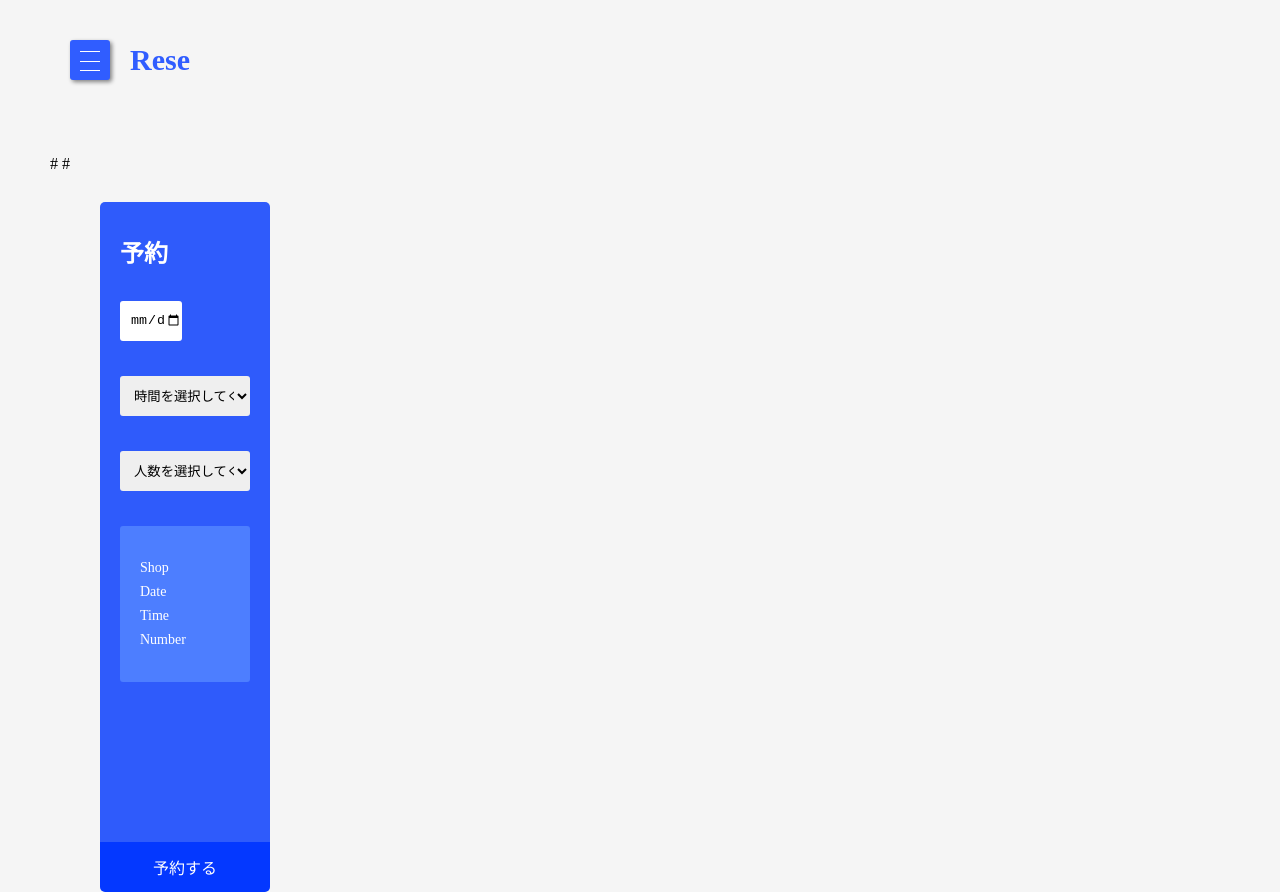
Repository: Haruka-Wada/Rese
Page: src/resources/views/shop_detail.blade.php
The author's editor kept a copy of each file at every save. The page is drawn from the files as they stood at one save, then again after a run of saves.
The browser window is 1280 px wide. The pictures show the whole page.
The page is served by the project's Laravel application, run on PHP 8.4 with Laravel 8. Other server files are loaded and not shown. The template is opened directly, without the code that normally fills it, so the values that code supplies are empty.

Above is the page before, as saved 2024-11-19 14:59:52.

### src/routes/web.php
<?php

use App\Http\Controllers\ReseController;
use Illuminate\Database\Console\Migrations\ResetCommand;
use Illuminate\Support\Facades\Route;
use SebastianBergmann\GlobalState\Restorer;

/*
|--------------------------------------------------------------------------
| Web Routes
|--------------------------------------------------------------------------
|
| Here is where you can register web routes for your application. These
| routes are loaded by the RouteServiceProvider within a group which
| contains the "web" middleware group. Now create something great!
|
*/

Route::get('/', [ReseController::class, 'index']);
Route::get('/detail/{shop_id?}', [ReseController::class, 'detail']);
Route::get('/search', [ReseController::class, 'search']);

Route::middleware(['verified'])->group(function(){
    Route::middleware('auth')->group(function () {
        Route::get('/thanks', [ReseController::class, 'thanks']);
        Route::get('/mypage', [ReseController::class, 'myPage']);
        Route::post('/favorite', [ReseController::class, 'favorite']);
        Route::post('/reservation', [ReseController::class, 'reservation']);
        Route::get('/done', [ReseController::class, 'done']);
        Route::delete('/delete',[ReseController::class, 'reservationDelete']);
        Route::get('/edit', [ReseController::class, 'reservationEdit']);
        Route::patch('/edit/update', [ReseController::class, 'reservationUpdate']);
    });
});

### src/resources/views/shop_detail.blade.php
@extends('layouts/app')

@section('css')
<link rel="stylesheet" href="{{ asset('css/shop_detail.css') }}">
@endsection

@section('main')
<div class="main__container">
    <div class="shop__container">
        <div class="shop__name-area">
            <button onclick="location.href='/'">&lt;</button>
            <h2>{{ $shop->name }}</h2>
        </div>
        <div class="shop__img">
            <img src="{{ $shop->image}}" alt="">
        </div>
        <div class="shop__tag">
            <span>#{{ $shop->area->name }}</span>
            <span>#{{ $shop->genre->name }}</span>
        </div>
        <div class="shop__outline">
            <p>{{ $shop->outline }}</p>
        </div>
    </div>
    <div class="reservation__container">
        <div class="reservation__wrap">
            <div class="reservation__title">
                <h2>予約</h2>
            </div>
            <form action="/reservation" method="post" id="reservation">
                @csrf
                <div class="reservation__form">
                    <input type="hidden" name="shop_id" value="{{ $shop->id }}">
                    <input type="date" name="date" class="reservation__date">
                    <div class="reservation__error">
                        @error('date')
                        {{ $message }}
                        @enderror
                    </div>
                    <select name="time" id="" class="reservation__time">
                        <option disabled selected>時間を選択してください</option>
                        <option value="17:00">17:00</option>
                        <option value="17:30">17:30</option>
                        <option value="18:00">18:00</option>
                        <option value="18:30">18:30</option>
                        <option value="19:00">19:00</option>
                        <option value="19:30">19:30</option>
                        <option value="20:00">20:00</option>
                        <option value="20:30">20:30</option>
                        <option value="21:00">21:00</option>
                        <option value="21:30">21:30</option>
                        <option value="22:00">22:00</option>
                        <option value="22:30">22:30</option>
                        <option value="23:00">23:00</option>
                    </select>
                    <div class="reservation__error">
                        @error('time')
                        {{ $message }}
                        @enderror
                    </div>
                    <select name="number" id="" class="reservation__number">
                        <option disabled selected>人数を選択してください</option>
                        @for($i = 1; $i < 51; $i++)
                            <option value="{{ $i }}">{{ $i }}人</option>
                            @endfor
                    </select>
                    <div class="reservation__error">
                        @error('number')
                        {{ $message }}
                        @enderror
                    </div>
                </div>
            </form>
            <div class="reservation__confirm">
                <dl class="reservation__confirm-list">
                    <dt class="reservation__confirm-item">Shop</dt>
                    <dd class="reservation__confirm-content">{{ $shop->name }}</dd>
                </dl>
                <dl class="reservation__confirm-list">
                    <dt class="reservation__confirm-item">Date</dt>
                    <dd class="reservation__confirm-content" id="date"></dd>
                </dl>
                <dl class="reservation__confirm-list">
                    <dt class="reservation__confirm-item">Time</dt>
                    <dd class="reservation__confirm-content" id="time"></dd>
                </dl>
                <dl class="reservation__confirm-list">
                    <dt class="reservation__confirm-item">Number</dt>
                    <dd class="reservation__confirm-content" id="number"></dd>
                </dl>
            </div>
        </div>
        <div class="reservation__button">
            <button form="reservation">予約する</button>
        </div>
    </div>

    <script type="text/javascript">
        $(function() {
            const date = $('#date');
            $('[name=date]').change(function() {
                const selectedDate = $('[name=date]').val();
                const formatDate = new Date(selectedDate);
                const year = formatDate.getFullYear();
                const month = formatDate.getMonth() + 1;
                const day = formatDate.getDate();
                date.text(year + "/" + month + "/" + day);
            })
        })

        $(function() {
            const time = $('#time');
            $('[name=time]').change(function() {
                const selectedTime = $('[name=time] option:selected').text();
                time.text(selectedTime);
            });
        });

        $(function() {
            const number = $('#number');
            $('[name=number]').change(function() {
                const selectedNumber = $('[name=number] option:selected').text();
                number.text(selectedNumber);
            })
        })
    </script>
    @endsection

### src/resources/views/layouts/app.blade.php
<!DOCTYPE html>
<html lang="ja">

<head>
    <meta charset="UTF-8">
    <meta name="viewport" content="width=device-width, initial-scale=1.0">
    <meta name="csrf-token" content="{{ csrf_token()}}">
    <title>Rese</title>
    <link rel="stylesheet" href="{{ asset('css/sanitize.css') }}">
    <link rel="stylesheet" href="{{ asset('css/app.css') }}">
    @yield('css')
    <script src="https://ajax.googleapis.com/ajax/libs/jquery/3.3.1/jquery.min.js"></script>
</head>

<body>

    <header>
        <div class="header__wrapper">
            <button class="header__nav" onclick="navFunc()"></button>
            <nav class="header__hamburger">
                <ul class="hamburger__menu">
                    <li><a href="/" class="hamburger__menu-link">HOME</a></li>
                    @if(Auth::check())
                    <li>
                        <form action="/logout" method="post">
                            @csrf
                            <button class="hamburger__menu-logout">Logout</button>
                        </form>
                    </li>
                    <li><a href="/mypage" class="hamburger__menu-link">Mypage</a></li>
                    @else
                    <li><a href="/register" class="hamburger__menu-link registration">Registration</a></li>
                    <li><a href="/login" class="hamburger__menu-link">Login</a></li>
                    @endif
                </ul>
            </nav>
            <h1 class="header__logo">Rese</h1>
            @yield('search')
        </div>
    </header>
    <main class="main">
        @yield('main')
    </ま>

    <script type="text/javascript">
        function navFunc() {
            document.querySelector('html').classList.toggle('open');
        }
    </script>
</body>

</html>

### src/public/css/sanitize.css
/*
html5doctor.com Reset Stylesheet
v1.6.1
Last Updated: 2010-09-17
Author: Richard Clark - http://richclarkdesign.com
Twitter: @rich_clark
*/

html,
body,
div,
span,
object,
iframe,
h1,
h2,
h3,
h4,
h5,
h6,
p,
blockquote,
pre,
abbr,
address,
cite,
code,
del,
dfn,
em,
img,
ins,
kbd,
q,
samp,
small,
strong,
sub,
sup,
var,
b,
i,
dl,
dt,
dd,
ol,
ul,
li,
fieldset,
form,
label,
legend,
table,
caption,
tbody,
tfoot,
thead,
tr,
th,
td,
article,
aside,
canvas,
details,
figcaption,
figure,
footer,
header,
hgroup,
menu,
nav,
section,
summary,
time,
mark,
audio,
video {
    margin: 0;
    padding: 0;
    border: 0;
    outline: 0;
    font-size: 100%;
    vertical-align: baseline;
    background: transparent;
}

body {
    line-height: 1;
}

article,
aside,
details,
figcaption,
figure,
footer,
header,
hgroup,
menu,
nav,
section {
    display: block;
}

nav ul {
    list-style: none;
}

blockquote,
q {
    quotes: none;
}

blockquote:before,
blockquote:after,
q:before,
q:after {
    content: '';
    content: none;
}

a {
    margin: 0;
    padding: 0;
    font-size: 100%;
    vertical-align: baseline;
    background: transparent;
}

/* change colours to suit your needs */
ins {
    background-color: #ff9;
    color: #000;
    text-decoration: none;
}

/* change colours to suit your needs */
mark {
    background-color: #ff9;
    color: #000;
    font-style: italic;
    font-weight: bold;
}

del {
    text-decoration: line-through;
}

abbr[title],
dfn[title] {
    border-bottom: 1px dotted;
    cursor: help;
}

table {
    border-collapse: collapse;
    border-spacing: 0;
}

/* change border colour to suit your needs */
hr {
    display: block;
    height: 1px;
    border: 0;
    border-top: 1px solid #cccccc;
    margin: 1em 0;
    padding: 0;
}

input,
select {
    vertical-align: middle;
}

### src/public/css/app.css
body {
    background-color: whitesmoke;
    width: 100vw;
}

.header__wrapper {
    width: 90%;
    height: 60px;
    margin: 0 auto;
    display: flex;
    justify-content: space-between;
    align-items: center;
    padding: 30px 60px;
    position: fixed;
    z-index: 10;
    background-color: whitesmoke;
}

.header__nav {
    padding: 10px;
    margin: 10px;
    border: none;
    outline: none;
    background: none;
    width: 40px;
    height: 40px;
    cursor: pointer;
    background-color: #305DFF;
    box-shadow: 2px 2px 4px gray;
    border-radius: 3px;
    color: white;
}

.header__nav::before {
    content: '';
    display: block;
    height: 1px;
    background-color: currentColor;
    transform: translateY(-8px);
    transition: 0.3s ease-in-out;
    box-shadow: 0 10px currentColor;
}

.header__nav::after {
    content: '';
    display: block;
    height: 1px;
    background-color: currentColor;
    transform: translateY(10px);
    transition: 0.3s ease-in-out;
}

.open .header__nav {
    z-index: 1000;
}

.open .header__nav::before {
    transform: rotate(-45deg);
    box-shadow: none;
}

.open .header__nav::after {
    transform: rotate(45deg);
    box-shadow: none;
}

.header__logo {
    color: #305DFF;
    font-size: 30px;
    position: fixed;
    left: 130px;
    transition: 0.5s;
}

.header__hamburger {
    display: flex;
    justify-content: center;
    align-items: center;
    position: absolute;
    width: 0;
    height: 0;
    top: 45px;
    left: 55px;
    overflow: hidden;
    color: transparent;
    transition: 0.5s ease-in-out;
}

.open .header__hamburger {
    top: 0;
    left: 0;
    width: 100vw;
    height: 100vh;
    background-color: white;
    z-index: 100;
}

.hamburger__menu {
    padding: 10% 0;
}

.hamburger__menu li {
    text-align: center;
    list-style: none;
    line-height: 300%;
}

.hamburger__menu-link {
    color: #305DFF;
    font-size: 25px;
    text-decoration: none;
    font-weight: 550;
}

.hamburger__menu-logout {
    border: none;
    outline: none;
    background-color: white;
    color: #305DFF;
    font-size: 25px;
    margin: 20px;
}

.registration {
    display: inline-block;
    margin: 20px;
}

.main {
    padding-top: 130px;
}

@media screen and (max-width: 768px) {
    .header__wrapper {
        padding: 30px;
    }

    .header__logo {
        left: 100px;
    }

    .main {
        padding-top: 120px;
    }
}

### src/public/css/shop_detail.css
.header__wrapper {
    width: 40%;
}

.main {
    padding: 0;
    display: grid;
    grid-template-rows: 130px 400px;
    grid-template-columns: 50% 1fr;
}

.main__container {

    padding: 50px;
}

.shop__container {
    grid-row: 2/3;
    grid-column: 1/2;
    width: 50%;
    margin-right: 25px;
}

.shop__name-area {
    display: flex;
    align-items: center;
    padding-bottom: 30px;
}

.shop__name-area button {
    width: 30px;
    height: 30px;
    font-size: 20px;
    background-color: white;
    border: none;
    border-radius: 3px;
    box-shadow: 2px 2px 4px gray;
}

.shop__name-area h2 {
    padding-left: 20px;
    font-size: 30px;
}
.shop__img {
    width: 100%;
}

.shop__img img{
    width: 100%;
}

.shop__tag {
    padding: 30px 0;
}

.shop__outline {
    line-height: 1.3;
}

.reservation__container {
    width: 50%;
    grid-row: 2/3;
    grid-column: 2/3;
    margin-right: 50px;
}

.reservation__wrap {
    background-color: #2F5BFB;
    border-radius: 5px 5px 0 0;
    padding: 20px 20px 160px;
    margin: 0 50px;
}

.reservation__title {
    color: white;
    padding: 20px 0;
    font-size: 24px;
}

.reservation__date {
    width: 40%;
    height: 40px;
    border: none;
    border-radius: 3px;
    padding-left: 10px;
    margin: 15px 0;
}

.reservation__time, .reservation__number{
    width: 100%;
    height: 40px;
    border: none;
    border-radius: 3px;
    padding-left: 10px;
    margin-bottom: 15px;
}

.reservation__confirm {
    background-color: #4D7EFF;
    border-radius: 3px;
    color: white;
    padding: 30px 20px;
}

.reservation__confirm-list {
    font-size: 14px;
    display: flex;
    padding: 5px 0;
}

.reservation__confirm-item {
    width: 25%;
}

.reservation__confirm-content {
    width: 75%;
}
.reservation__button {
    height: 50px;
    display: flex;
    align-items: center;
    margin: 0 50px;
    border-radius: 0 0 5px 5px;
    text-align: center;
}

.reservation__button button {
    width: 100%;
    height: 100%;
    font-size: 16px;
    border: none;
    border-radius: 0 0 5px 5px;
    background-color: #0438FF;
    color: white;
}

.reservation__error {
    color:  white;
    font-size: 14px;
    margin-bottom: 20px;
}

@media screen and (max-width:768px) {
    .header__wrapper {
        width: 100%;
    }

    .main__container {
        display: block;
        padding: 0 30px;
    }

    .shop__container {
        width: 100%;
    }

    .reservation__container {
        width: 100%;
        left: 0px;
        margin-top: 30px;
    }

    .reservation__wrap {
        height: auto;
        margin: 0 30px;
    }

    .reservation__date {
        width: 95%;
    }

    .reservation__button {
        margin: 0 30px;
    }
}

After the next 2 saves:
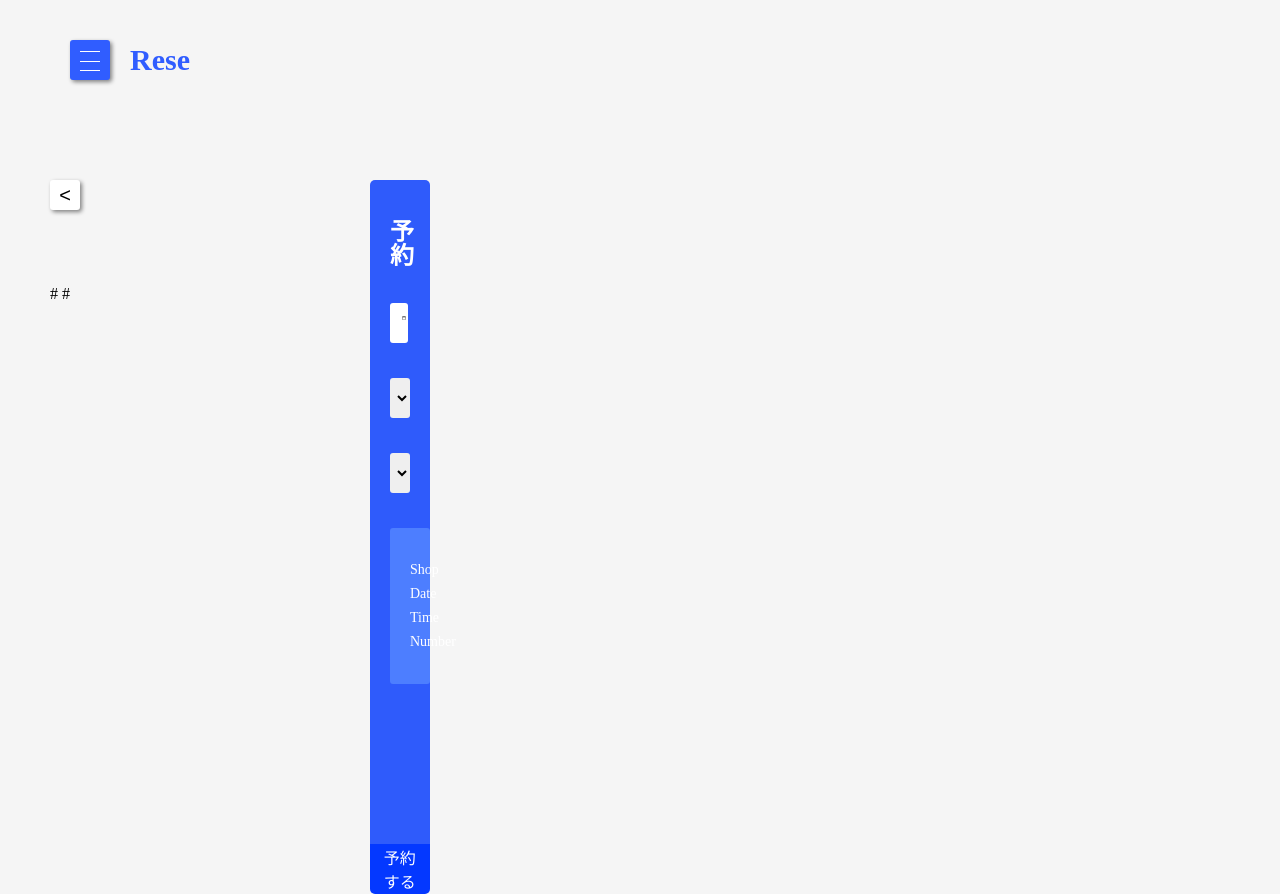
The 2 saves are shown as one change because they came seconds apart.
The last was saved 8 s later.
--- a/src/public/css/shop_detail.css
+++ b/src/public/css/shop_detail.css
@@ -10,7 +10,9 @@
 }
 
 .main__container {
-
+    display: grid;
+    grid-template-rows: 130px 400px;
+    grid-template-columns: 50% 1fr;
     padding: 50px;
 }
 
